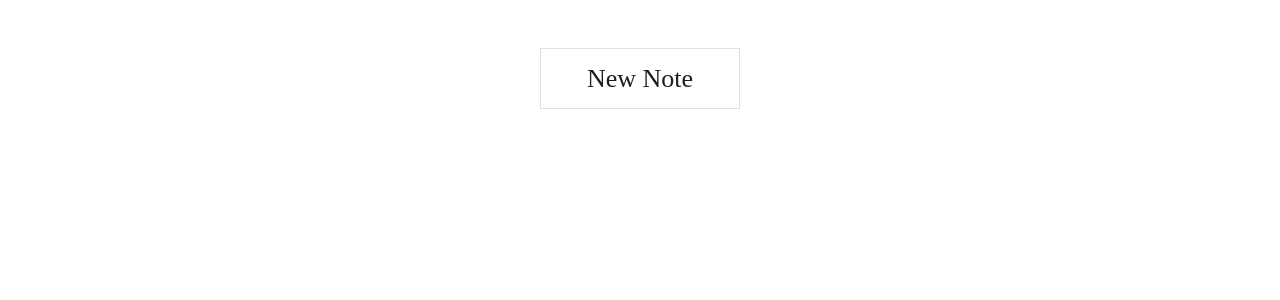
Repository: AyushMahatara/Laravel-11-test
Page: http://localhost/note
These files come from the project's save history. The page is drawn as it stood at one moment and after the next save; the edit follows.
The browser window is 1280 px wide. The pictures show the whole page.
The page is served by the project's Laravel application, run on PHP 8.4 with Laravel 12. A made-up administrator, Test User (test@example.com), is signed in. Style sheets and scripts are compiled from the project's sources, by tool versions that may differ from the author's. Queries for data that is not in the repository find no rows.

Above is the page before, as saved 2024-04-09 12:25:17.

After the next save:
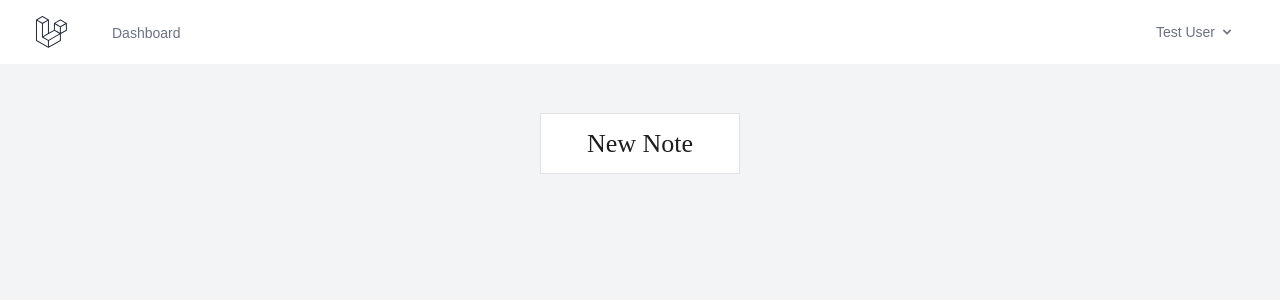
Saved 8 s later.
--- a/resources/views/note/index.blade.php
+++ b/resources/views/note/index.blade.php
@@ -1,4 +1,4 @@
-<x-layout>
+<x-app-layout>
     <div class="note-container py-12">
         <a href="{{ route('note.create') }}" class="new-note-btn">
             New Note
@@ -26,4 +26,4 @@
             {{ $notes->links() }}
         </div>
     </div>
-</x-layout>
+</x-app-layout>
